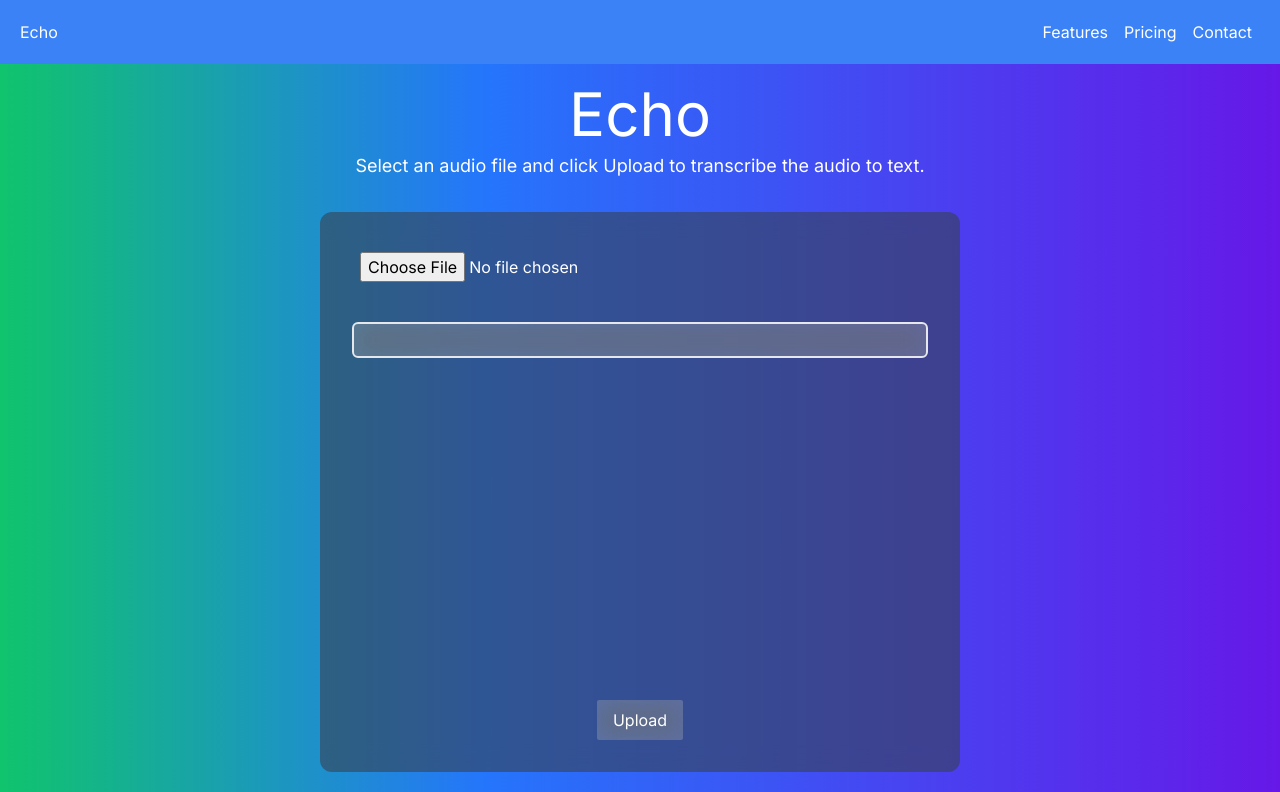
Repository: MikeeBuilds/whisperer
Page: /
These files come from the project's save history. The page is drawn as it stood at one moment and after a run of saves; the edit follows.
The browser window is 1280 px wide. The pictures show the whole page.
The project was rebuilt for these pictures with package versions that can differ from the ones it lists, and the page was loaded fresh each time. The framework's server and built-in components were replaced by stand-ins that run in the browser. Also part of the build but not shown: next.config.js.

Above is the page before, as saved 2023-06-26 16:32:37.

After the next 2 saves:
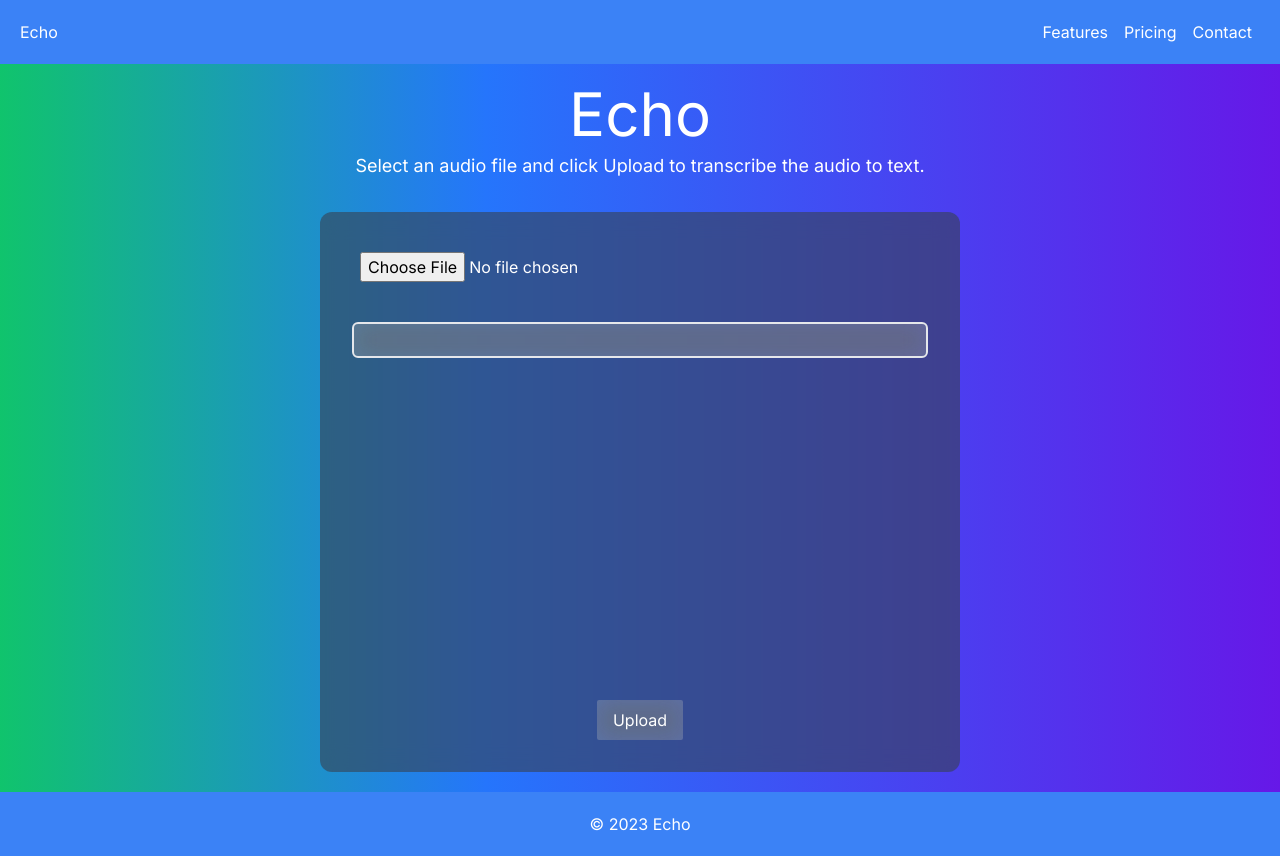
The 2 saves are shown as one change because they came seconds apart.
The last was saved 6 s later.
--- a/src/app/layout.tsx
+++ b/src/app/layout.tsx
@@ -1,3 +1,4 @@
+import Footer from './components/Footer'
 import Navbar from './components/NavBar'
 import './globals.css'
 import { Inter } from 'next/font/google'
@@ -19,7 +20,7 @@ export default function RootLayout({
       <body className={`${inter.className} gradient-bg`}>
         <Navbar/>
         {children}
-
+        <Footer />
       </body>
     </html>
   )
